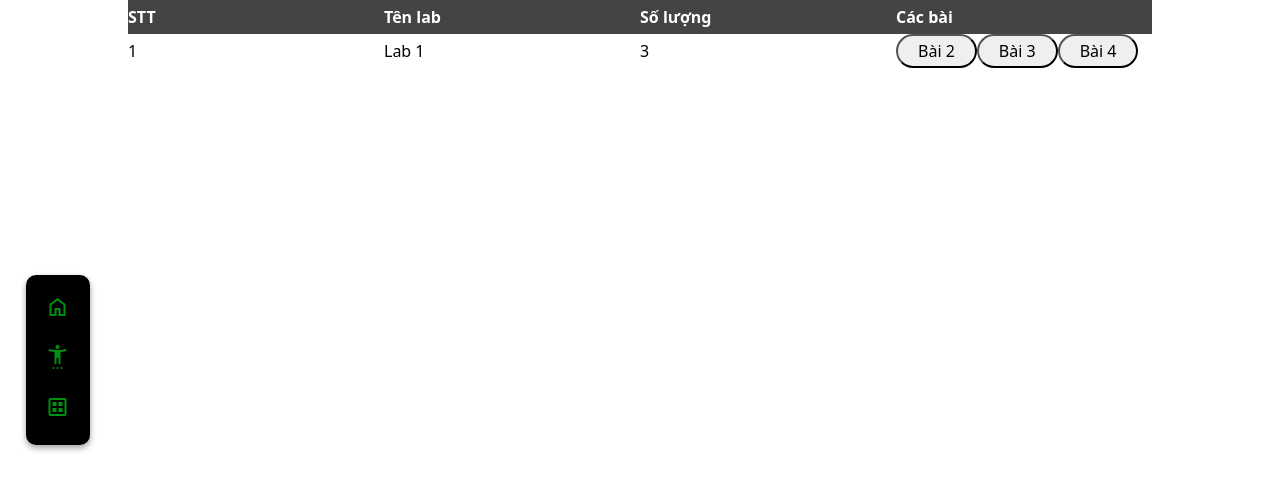
Repository: tuankiet10920/homeworkFEF
Page: /labs
These files come from the project's save history. The page is drawn as it stood at one moment and after the next save; the edit follows.
The browser window is 1280 px wide. The pictures show the whole page.
The project was rebuilt for these pictures with package versions that can differ from the ones it lists, and the page was loaded fresh each time. Also part of the build but not shown: vite.config.js, src/components/HelloWorld.vue, src/Labs/Lab1/Bai2.vue, src/views/HomeView.vue.

Above is the page before, as saved 2024-10-22 18:23:37.

After the next save:
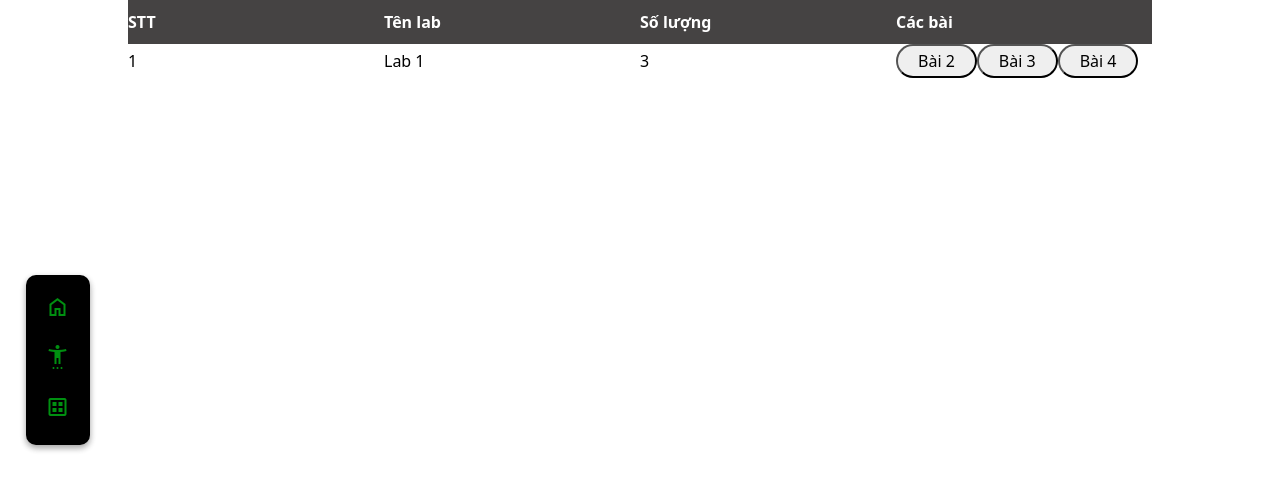
Saved 16 s later.
--- a/src/views/LabView.vue
+++ b/src/views/LabView.vue
@@ -59,7 +59,7 @@ table {
 }
 th {
   width: calc(100% / 4);
-  padding: 5px 0px;
+  padding: 10px 0px;
 }
 th {
   background: #454343;
